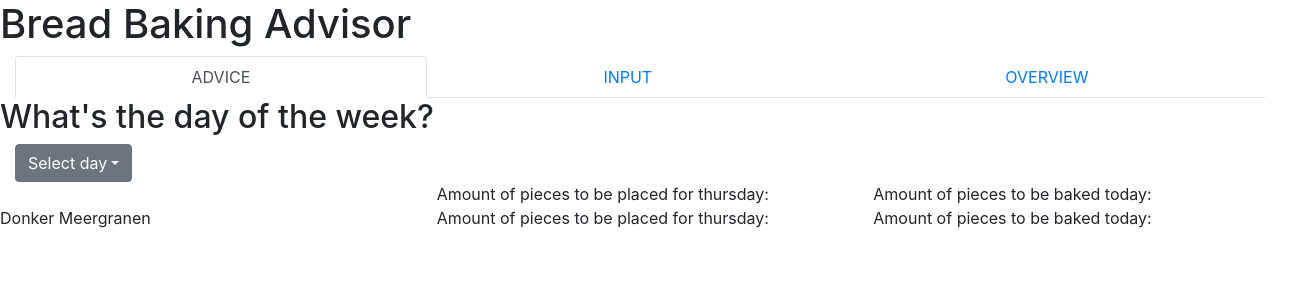
Repository: MarthGimenzo/bread-baking-advisor
Page: index.html
The author's editor kept a record of every edit. The page is drawn from the files as they stood at one moment, then again after the next edit.
The browser window is 1280 px wide. The page is 1295 px wide, so the pictures cover 1295 px, including what lies to the right of the window. The pictures show the whole page.

Above is the page before.

After the next edit:
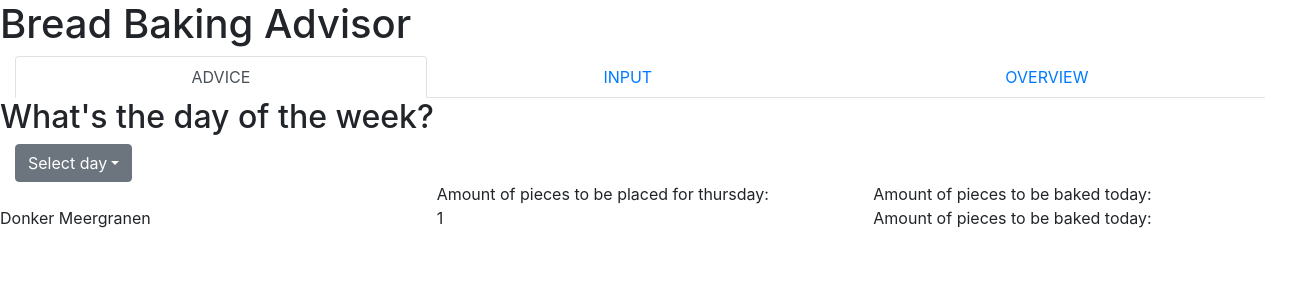
The edit:
--- a/index.html
+++ b/index.html
@@ -58,7 +58,7 @@
             Donker Meergranen
         </div>
         <div class="col-4">
-            Amount of pieces to be placed for thursday:
+            1
         </div>
         <div class="col-4">
             Amount of pieces to be baked today:
